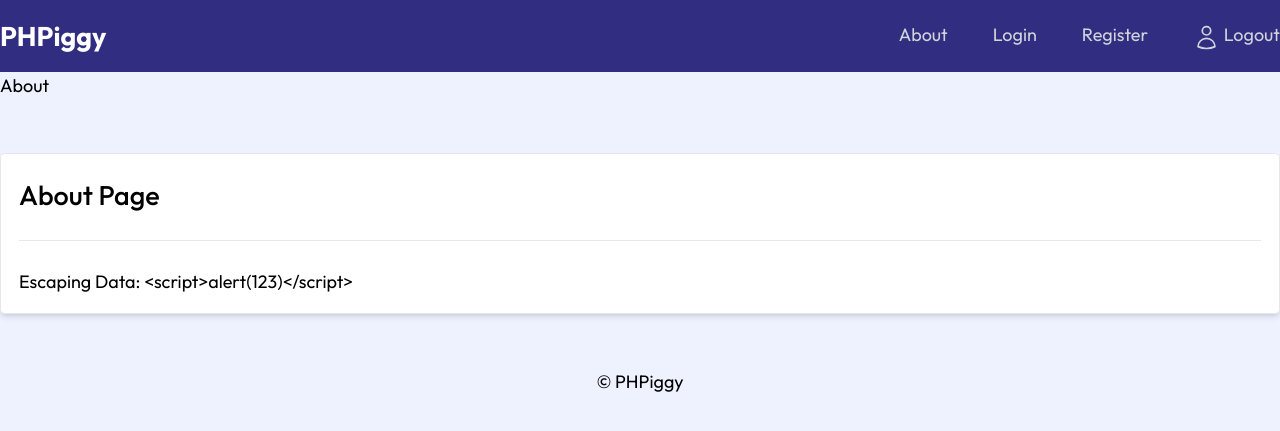
Repository: Conjet/PHPiggy
Page: http://localhost/about
These files come from the project's save history. The page is drawn as it stood at one moment and after the next save; the edit follows.
The browser window is 1280 px wide. The pictures show the whole page.
The page is run by PHP 8.4 with error messages shown; the project is at /var/www/html/.

Above is the page before, as saved 2023-08-30 20:45:16.

After the next save:
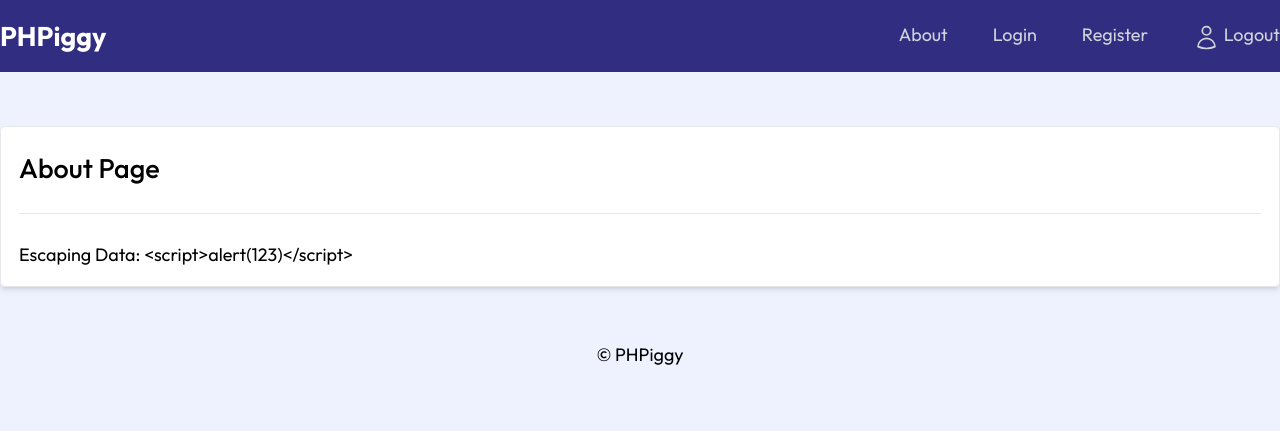
Saved 3 s later.
--- a/src/App/views/partials/_header.php
+++ b/src/App/views/partials/_header.php
@@ -4,7 +4,7 @@
 <head>
     <meta charset="UTF-8" />
     <meta name="viewport" content="width=device-width, initial-scale=1.0" />
-    <title>PHPiggy</title>
+    <title>PHPiggy - <?php echo ucfirst(e($title)); ?></title>
 
     <link rel="preconnect" href="https://fonts.googleapis.com" />
     <link rel="preconnect" href="https://fonts.gstatic.com" crossorigin />
@@ -33,4 +33,3 @@
         </nav>
     </header>
     <!-- End Header -->
-    <h1><?php echo ucfirst(e($title)); ?></h1>
